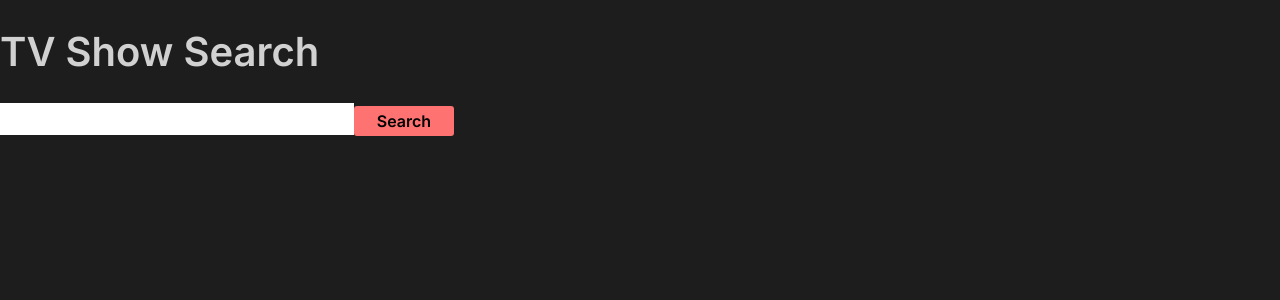
Repository: shayanabedi98/tv-search-react
Page: /
An editor plug-in stored every save of this project. The page is shown before and after the next save, followed by the edit.
The browser window is 1280 px wide. The pictures show the whole page.
The project was rebuilt for these pictures with package versions that can differ from the ones it lists, and the page was loaded fresh each time. Also part of the build but not shown: vite.config.js.

Above is the page before, as saved 2024-01-02 02:30:36.

After the next save:
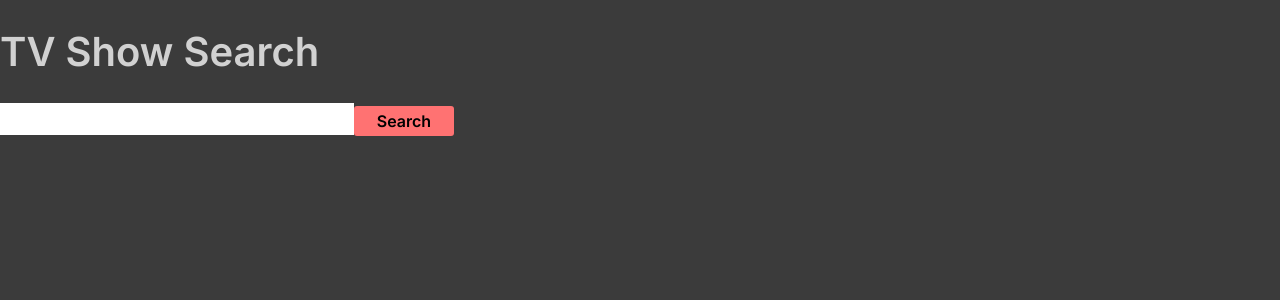
Saved 11 s later.
--- a/src/index.css
+++ b/src/index.css
@@ -4,7 +4,7 @@ body {
   font-family: 'Inter', sans-serif;
   margin: 0;
   padding: 0;
-  background-color: rgb(29, 29, 29);
+  background-color: rgb(59, 59, 59);
   color: rgb(209, 209, 209);
 }
 
